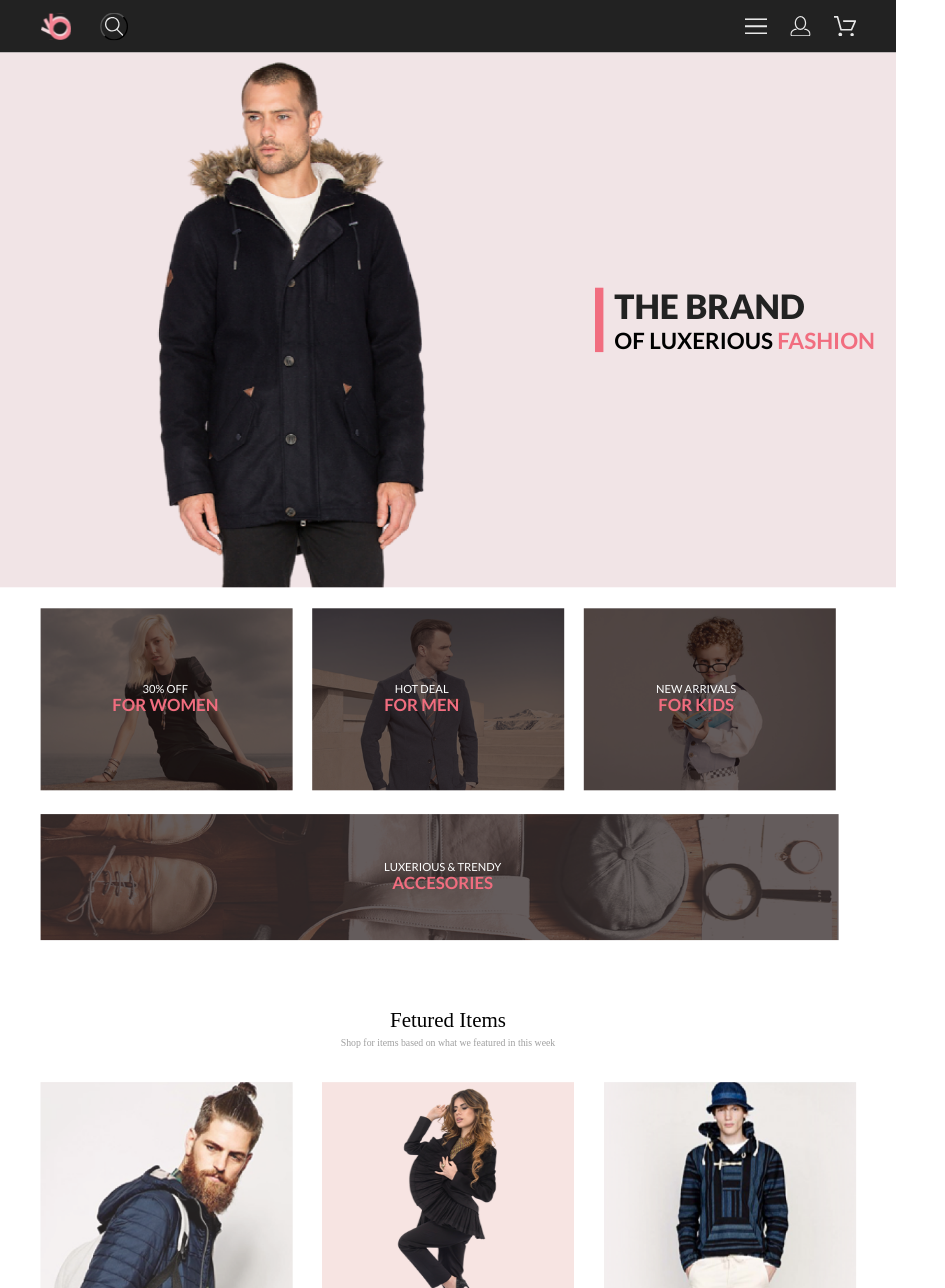
Repository: shtepaa/work-show-linkid
Page: les01/index.html
These files come from the project's save history. The page is drawn as it stood at one moment and after the next save; the edit follows.
The browser window is 1280 px wide. The page is 1280 px wide, then 1350 px, so the pictures cover 1350 px, including what lies to the right of the window. The pictures show the part of the page from y = 0 to 1840 px (the page is 3886 px tall), at 70% of full size.

Above is the page before, as saved 2022-02-15 12:05:45.

### les01/index.html
<!DOCTYPE html>
<html lang="en">
  <head>
    <meta charset="UTF-8" />
    <meta http-equiv="X-UA-Compatible" content="IE=edge" />
    <meta name="viewport" content="width=device-width, initial-scale=1.0" />
    <title>Brand</title>
    <link rel="shortcut icon" href="img/favicon.ico" type="image/x-icon" />
    <link rel="stylesheet" href="style.css" />
    <link rel="preconnect" href="https://fonts.googleapis.com" />
    <link rel="preconnect" href="https://fonts.gstatic.com" crossorigin />
    <link
      href="https://fonts.googleapis.com/css2?family=Lato:wght@700;400;900&display=swap"
      rel="stylesheet"
    />
  </head>
  <body>


        <header>
          <div class="container">
            <nav>
              <div class="flex-left">
                <img src="img/logo.svg" alt="logo" />
                <form class="searchBox">
                  <input
                    class="searchInput"
                    type="text"
                    name=""
                    placeholder="Search"
                  />
                  <button class="searchButton" href="#">
                    <img id="path" src="img/search.svg" alt="logo" />
                  </button>
                </form>
              </div>
              <div class="flex-right">
                <div class="mega-box"><img class="contact-img" src="img/menu.svg" alt="logo" />
                <div class="mega-item">

<div class="menu-box"><h3 class="menu-box--style">Menu</h3></div>
<details><summary>Man</summary>
<a class="mega-link" href="#">Accessories</a>
<a class="mega-link" href="#">Bags</a>
<a class="mega-link" href="#">Denim</a>
<a class="mega-link" href="#">T-Shirts</a>
</details>
<details><summary>WOMAN</summary>
  <a class="mega-link" href="#">Accessories</a>
  <a class="mega-link" href="#">Jackets & Coats</a>
  <a class="mega-link" href="#">Polos</a>
  <a class="mega-link" href="#">T-Shirts</a>
  </details>
  <details><summary>KIDS</summary>
    <a class="mega-link" href="#">Accessories</a>
    <a class="mega-link" href="#">Bags</a>
    <a class="mega-link" href="#">Denim</a>
    <a class="mega-link" href="#">T-Shirts</a>
    </details>



                </div>


                </div>
                <img class="contact-img" src="img/contact.svg" alt="logo" />
                <img src="img/shop.svg" alt="logo" />
              </div>
            </nav>
          </div>
        </header>
        <!-- Второй блок -->
        <div class="header-section">

          <!-- <div class="container"> -->

            <div class="header-cover">
              <div class="header-image">
              <img class="header-man"  src="img/man-new.png" alt="man" />
            </div>
            <div class="header-title">
              <div class="pink-line"></div>
              <div class="header-column">
                <h1>The brand</h1>
                <h2>of luxerious <span class="pink-word"> fashion</span></h2>
              </div>
            </div>
          </div>
          <!-- </div> -->


          </div>
        </div>
<!-- Третий блок -->
        <div class="container catalog-wrappet">
          <div class="catalog-block">
            <div class="catalog-project">
              <img
                class="catalog-image"
                src="img/catalog01.png"
                alt="catalog01"
              />
              <h2 class="catalog__text">
                30% off <span class="pink-word catalog-words"> for women</span>
              </h2>
            </div>
            <div class="catalog-project">
              <img
                class="catalog-image"
                src="img/catalog02.png"
                alt="catalog02"
              />
              <h2 class="catalog__text">
                hot deal <span class="pink-word catalog-words"> for men</span>
              </h2>
            </div>
            <div class="catalog-project">
              <img
                class="catalog-image"
                src="img/catalog03.png"
                alt="catalog03"
              />
              <h2 class="catalog__text">
                new arrivals
                <span class="pink-word catalog-words"> for kids</span>
              </h2>
            </div>
          </div>
          <div class="catalog-project parent">
            <img
              class="catalog-image"
              src="img/catalog04.png"
              alt="catalog04"
            />
            <h2 class="catalog__text down-parent">
              luxerious & trendy<span class="pink-word catalog-words">
                accesories</span
              >
            </h2>
          </div>
        </div>
        <!-- Четвертый блок -->
        <div class="container block-text">
          <h3 class="block-text--heading">Fetured Items</h3>
          <p class="block-text--section-text">
            Shop for items based on what we featured in this week
          </p>
        </div>
        <div class="container section-featured">
          <div class="featur_one">
            <a class="link-featur" href="#">
            <img class="featur-image"  src="img/feat01.png" alt="featur_one" /></a>
            <div class="featur-wrapper">
            <h3 class="featur-text">ELLERY X M'O CAPSULE</h3>
            <p class="featur-content">Known for her sculptural takes on traditional tailoring, Australian arbiter of cool Kym Ellery teams up with Moda Operandi.</p>
<span class="featur-price">$52.00</span></div>
          </div>
          <div class="featur_one">
            <a class="link-featur" href="#">
            <img src="img/feat02.png" alt="featur_one" /></a>
            <div class="featur-wrapper">
            <h3 class="featur-text">ELLERY X M'O CAPSULE</h3>
            <p class="featur-content">Known for her sculptural takes on traditional tailoring, Australian arbiter of cool Kym Ellery teams up with Moda Operandi.</p>
<span class="featur-price">$52.00</span></div>
          </div>
          <div class="featur_one">
            <a class="link-featur" href="#">
            <img src="img/feat03.png" alt="featur_one" /></a>
            <div class="featur-wrapper">
            <h3 class="featur-text">ELLERY X M'O CAPSULE</h3>
            <p class="featur-content">Known for her sculptural takes on traditional tailoring, Australian arbiter of cool Kym Ellery teams up with Moda Operandi.</p>
<span class="featur-price">$52.00</span></div>
          </div>
          <div class="featur_one">
            <a class="link-featur" href="#">
            <img src="img/feat04.png" alt="featur_one" /></a>
            <div class="featur-wrapper">
            <h3 class="featur-text">ELLERY X M'O CAPSULE</h3>
            <p class="featur-content">Known for her sculptural takes on traditional tailoring, Australian arbiter of cool Kym Ellery teams up with Moda Operandi.</p>
<span class="featur-price">$52.00</span></div>
          </div>
          <div class="featur_one">
            <a class="link-featur" href="#">
            <img src="img/feat05.png" alt="featur_one" /></a>
            <div class="featur-wrapper">
            <h3 class="featur-text">ELLERY X M'O CAPSULE</h3>
            <p class="featur-content">Known for her sculptural takes on traditional tailoring, Australian arbiter of cool Kym Ellery teams up with Moda Operandi.</p>
<span class="featur-price">$52.00</span></div>
          </div>
          <div class="featur_one">
            <a class="link-featur" href="#">
            <img src="img/feat06.png" alt="featur_one" /></a>
            <div class="featur-wrapper">
            <h3 class="featur-text">ELLERY X M'O CAPSULE</h3>
            <p class="featur-content">Known for her sculptural takes on traditional tailoring, Australian arbiter of cool Kym Ellery teams up with Moda Operandi.</p>
<span class="featur-price">$52.00</span></div>
          </div>

        </div>
        <div class="container browse-button">
          <a class="link-browse" href="#"> <h3 class="browse-button product-cart">Browse All Product</h3></a>

        </div>
<div class="section-icons">
  <div class="container wrapper-icons">
  <div class="first-icons">
    <img class="car-icons" src="img/car.svg" alt="car" />
    <h3 class="car-icons--text">Free Delivery</h3>
    <p class="car-icons--context">Worldwide delivery on all. Authorit tively morph next-generation innov tion with extensive models.</p>
  </div>
  <div class="first-icons">
    <img class="car-icons" src="img/discount.svg" alt="discount" />
    <h3 class="car-icons--text">Sales & discounts</h3>
    <p class="car-icons--context">Worldwide delivery on all. Authorit tively morph next-generation innov tion with extensive models.</p>
  </div>
  <div class="first-icons">
    <img class="car-icons" src="img/corona.svg" alt="corona" />
    <h3 class="car-icons--text">Quality assurance</h3>
    <p class="car-icons--context">Worldwide delivery on all. Authorit tively morph next-generation innov tion with extensive models.</p>
  </div>
</div>

</div>

<div class="quotes-section">
  <div class="container wrap-quotes">
  <div class="figure-box">
  <figure>
    <img class="figure-image" src="img/author.png" alt="author" />
    <figcaption>“Vestibulum quis porttitor dui! Quisque viverra nunc mi, a pulvinar purus condimentum“</figcaption>
  </figure></div>
  <div class="figure-box enter-mail">

    <h1 class="subscribe">SUBSCRIBE</h1>
    <h2 class="promotion">FOR OUR NEWLETTER AND PROMOTION</h2>
    <div class="subscribe-wrapper">

      <input type="email" name="email" class="subscribe-input" placeholder="Enter Your Email">
      <div class="submit-btn">SUBMIT</div>
    </div>


  </div>

</div>


      </div>
      <footer>
<div class="container footer-contant">
  <div class="copy-righ">
    <span class="copy-text">© 2021  Brand  All Rights Reserved.</span>
  </div>
  <div class="networks">
    <div class="insta instag-fig">

    </div>
    <div class="insta pint-fig"></div>
    <div class="insta last-fig"></div>
    <div class="insta "></div>
  </div>



</div>

      </footer>

  </body>
</html>

### les01/style.css
* {
  margin: 0;
  padding: 0;
}



header {
  background-color: #222;

  display: flex;
  height: 75px;
}
.header-section {
  background-color: #f1e4e6;
  /* display: flex; */
  height: 764px;
}
.container {
  margin: 0 auto;
  width: 1165px;
  display: flex;
}
.header-image {
  display: flex;
  /* background-repeat: no-repeat;
  -webkit-box-flex: 1;
  -ms-flex-positive: 1;
  flex-grow: 1; */

}
.header-man{
  /* display: flex; */
  /* display: block; */
  left: 0;
}
.header-title {
  /* width: 50%; */
  display: flex;
  flex-direction: row;
  align-items: center;
}
.header-column {
  display: flex;
  flex-direction: column;
  margin-left: 16px;
  text-transform: uppercase;
  font-family: "Lato", sans-serif;
}
h1 {
  font-weight: 900;
  font-size: 48px;
  line-height: 58px;
  color: #222;
}
h2 {
  font-weight: 700;
  font-size: 32px;
  line-height: 38px;
}
.pink-word {
  color: #f16d7f;
}
.pink-line {
  background-color: #f16d7f;
  height: 92px;
  width: 12px;
}
.header-cover {
  /* width: 100%; */
  display: flex;
  /* flex-direction: row; */
  justify-content: space-between;
  width: 1250px;
  /* margin: 0 auto; */
}

nav {
  justify-content: space-between;
  flex-direction: row;
  /* position: relative; */
  align-items: center;
  display: flex;
  height: 75px;
  width: 100%;
}
.flex-left {
  align-items: center;
  flex-direction: row;
  display: flex;
}

.contact-img {
  margin-right: 33px;
}
/* Меню бокс */
.mega-item {
  position: absolute;
  background-color: #fff;

  /* display: none; */
  padding: 37px 100px 79px 50px;
  display: none;
  margin-top: 23px;
  padding-bottom: 53px;
  /* margin-left: 155px; */
}
.mega-box {
  padding: 34px 0 30px 0;

}
.mega-box:hover .mega-item{
  display: block;
}
summary {
  display: block;
}

  summary::-webkit-details-marker {
  display: none;
}

summary {
  display: block;
  font-weight: 400;
  font-size: 14px;
  line-height: 17px;
  text-transform: uppercase;
  color: #f16d7f;
  padding-top: 20px;
  padding-bottom: 12px;
  font-family: "Lato", sans-serif;
  cursor: pointer;
}

  summary::-webkit-details-marker {
  display: none;
}

summary::before {
  content: '';
  padding-right: 0.5em;
}

details[open] > summary::before {
  content: '';
}

.menu-box--style {
  font-weight: 700;
  font-size: 14px;
  line-height: 17px;
  text-transform: uppercase;
  padding-bottom: 4px;
  font-family: "Lato", sans-serif;
}
/* .pink-box {

} */
.mega-link {
  font-family: "Lato", sans-serif;
  display: block;
  text-decoration: none;
  font-size: 14px;
  line-height: 17px;
  color: #6f6e6e;
  font-weight: 400;
  padding: 12px 0px 11px 15px;
}
.mega-link:hover{
  color: #F16D7F;
}
.flex-right {
  display: flex;
  align-items: center;
  position: relative;
  /* padding-bottom: 23px; */
}
img {
  cursor: pointer;
}

/* search form*/
form {
  margin-left: 41px;
}

.searchBox:hover > .searchInput {
  padding: 0 6px;
  width: 240px;
}

.searchBox:hover > .searchButton {
  background: #222;
  color: #2f3640;
}

.searchButton {
  justify-content: center;
  align-items: center;
  background: #222;
  border-radius: 50%;
  color: white;
  float: right;
  width: 40px;
  height: 40px;
  display: flex;
  transition: 0.4s;
}

.searchInput {
  border: none;
  background: none;
  outline: none;
  float: left;
  padding: 0;
  color: white;
  font-size: 16px;
  transition: 0.4s;
  line-height: 40px;
  width: 0px;
}

@media screen and (max-width: 620px) {
  .searchBox:hover > .searchInput {
    width: 150px;
    padding: 0 6px;
  }
}

/* Третий блок */

.catalog-wrappet {
  display: flex;
  /* flex-direction: row; */
  flex-wrap: wrap;
  justify-content: space-between;
  max-width: 1165px;
  margin: 0 auto;
}
.catalog-project {
  margin-top: 30px;
  position: relative;
  flex-grow: 1;
}
/* .catalog-image:last-of-type {
  width: 100%;

} */
.catalog__text {
  position: absolute;
  display: block;
  z-index: 100;
  left: 103px;
  top: 105px;
  box-sizing: border-box;
  font-size: 16px;
  line-height: 19px;
  text-align: center;
  font-family: Lato;
  color: #fff;
  text-transform: uppercase;
  font-weight: 400;
  display: flex;
  flex-direction: column;
  /* left: 0; */
}
.catalog-words {
  font-size: 24px;
  line-height: 28px;
  text-align: center;
  font-family: "Lato", sans-serif;
  font-weight: 700;
}
.catalog-block {
  display: flex;
  justify-content: space-between;
  flex-direction: row;
  width: 100%;
}
.parent {
  display: flex;
  width: 100%;
  /* justify-content: space-between; */
}
.down-parent {
  left: 491px;
  top: 65px;
}
/* Четвертый блок */
.block-text {
  padding-top: 96px;
  display: flex;
  flex-direction: column;
  box-sizing: content-box;
  align-items: center;
}
.block-text--heading {
  font-weight: normal;
  font-size: 30px;
  line-height: 36px;
}
.block-text--section-text {
  padding-top: 6px;
  font-weight: normal;
  font-size: 14px;
  line-height: 17px;
  color: #9f9f9f;
}
/* Пятый блок */
.section-featured{
  max-width: 1165px;
  display: flex;
  flex-direction: row;
  flex-wrap: wrap;
  padding-top: 18px;
  justify-content: space-between;
}
.featur_one{
  display: flex;
  flex-direction: column;
  max-width: 360px;
  background-color: #F8F8F8;
  margin-top: 30px;
}
.featur-text{
  margin-top: 25px;
  font-size: 13px;
line-height: 16px;
font-family: "Lato", sans-serif;
font-weight: 400;
}
.featur-content{
  color: #5D5D5D;
  font-weight: 300;
font-size: 14px;
line-height: 17px;
font-family: "Lato", sans-serif;
padding-top: 12px;
}
.featur-price{
  color:  #F16D7F;
  font-size: 16px;
line-height: 19px;
font-weight: 400;
padding-top: 18px;
}
.featur-wrapper{
  padding-left: 18px;
  padding-bottom: 20px;
  display: flex;
  flex-direction: column;
}
.browse-button{
  /* align-items: center; */
  /* display: block; */
  max-width: 1165px;
  display: flex;
  justify-content: center;
  margin-top: 63px;

}
.link-browse{
  text-decoration: none;
}
.product-cart{
  color: #fff;
  border: 1px solid #FF6A6A;
  box-sizing: border-box;
  align-items: center;
  width: 211px;
  padding: 15px 38px;
  font-size: 16px;
line-height: 19px;
font-weight: 400;
background-color: #F16D7F;
}
/* конец кнопки */
.section-icons {
  background-color: #222224;
  display: flex;
  height: 341px;

  /* justify-content: space-between; */
  margin-top: 95px;
}
.first-icons{
  display: flex;
  flex-direction: column;
  max-width: 343px;
  justify-content: center;
  align-items: center;
  text-align: center;


}
.car-icons{
  width: 44px;
  height: 31px;
  padding-top: 103px;
  padding-bottom: 28px;
}
.wrapper-icons{
  max-width: 1165px;
  display: flex;
  flex-direction: row;
  justify-content: space-between;
}
.car-icons--context{
  padding-top: 16px;
  font-weight: 300;
font-size: 13.972px;
line-height: 17px;
color: #FBFBFB;
padding-bottom: 104px;
}
.car-icons--text{
  font-size: 19.96px;
line-height: 24px;
color: #FBFBFB;
font-weight: 400;
}
/* Квотес секция */
.quotes-section{
  background-image: url(img/photo-subscribe.png );
  height: 448px;
  background-repeat: no-repeat;
  background-size: 100%;

}
.wrap-quotes{
  display: flex;
  flex-direction: row;
  max-width: 1165px;
  justify-content: space-between;

}
.figure-box{
  display: flex;
  flex-direction: column;
  width: 343px;
  justify-content: center;
  /* align-items: center; */
  text-align: center;

}
.figure-image{
  width: 96px;
  height: 96px;
  padding-top: 97px;
}
figcaption{
  padding-top: 30px;
  font-size: 20px;
line-height: 24px;
font-weight: 400;
font-family: "Lato", sans-serif;
color: #222224;

}
.subscribe{
  font-family: "Lato", sans-serif;
  font-weight: 700;
  font-size: 24px;
  line-height: 37px;
  padding-top: 150px;
}
.promotion{
  font-family: "Lato", sans-serif;
  font-weight: 400;
  font-size: 18px;
  line-height: 30px;
}
.enter-mail{
  width: 557px;
}
.subscribe-wrapper{
  display: flex;
  justify-content: center;
  margin-top: 39px;

  border-radius: 10px;
  width: 356px;
  margin: 0 auto;
  padding-top: 32px;
}
.subscribe-input{
width: 256px;
border-radius: 30px;
  border-bottom-right-radius: 0;
  border-top-right-radius: 0;
  border-color: #E1E1E1;
  background-color: #E1E1E1;
}
.submit-btn{
  width: 100px;
  border-radius: 30px;
  border-bottom-left-radius: 0;
  border-top-left-radius: 0;
  background-color: #E05C6E;
  height: 49px;
  color: #fff;
  text-align: center;
  align-items: center;
  font-size: 14px;
line-height: 17px;
display: flex;
font-weight: 400;
padding: 10px;
}
::placeholder{
  padding-left: 22px;
  padding-top: 7px;
  padding-bottom: 6px;
  font-size: 14px;
line-height: 17px;
opacity: 0.67;
color: #222224;
}
footer{
  height: 79px;
  background-color: #222224;
  display: flex;
}
.footer-contant{
  display: flex;
  flex-direction: row;
  max-width: 1165px;
  align-items: center;
  justify-content: space-between;
}
.copy-text{
  padding-top: 30px;
  font-size: 16px;
line-height: 19px;
font-weight: 400;
color: #FBFBFB;
}
.networks{
  display: flex;
  flex-direction: row;


}
.insta{
  height: 32px;
  width: 31px;
  background-color: #fff;
  display: flex;

}
.last-fig{
  margin-right: 7px;
}
.pint-fig{
  margin-right: 7px;
}
.instag-fig{
  margin-right: 7px;
}
.insta:hover{
  background-color: #E05C6E;

}

### les01/img/search.svg
<svg width="27" height="28" viewBox="0 0 27 28" fill="#E8E8E8" xmlns="http://www.w3.org/2000/svg" id="path">
<path d="M19.0596 17.6259C20.6713 15.8658 21.6282 13.6048 21.7698 11.2225C21.9113 8.84018 21.2288 6.48173 19.8369 4.54318C18.445 2.60463 16.4285 1.20404 14.126 0.576619C11.8234 -0.0508009 9.3751 0.13316 7.19217 1.09761C5.00923 2.06205 3.22463 3.74825 2.13804 5.87302C1.05145 7.9978 0.729054 10.4318 1.225 12.7661C1.72094 15.1005 3.00501 17.1932 4.86158 18.6927C6.71814 20.1922 9.03413 21.0072 11.4206 21.0009C13.673 21.004 15.8645 20.27 17.6606 18.9109L25.4086 26.7179C25.4941 26.807 25.5965 26.8781 25.7099 26.927C25.8232 26.9759 25.9452 27.0017 26.0686 27.0029C26.1923 27.0033 26.3148 26.9782 26.4283 26.9292C26.5419 26.8801 26.6441 26.8082 26.7286 26.7179C26.9025 26.537 26.9997 26.2958 26.9997 26.0449C26.9997 25.794 26.9025 25.5528 26.7286 25.3719L19.0596 17.6259ZM2.88662 10.5009C2.89946 8.81563 3.41094 7.17187 4.35659 5.77685C5.30224 4.38183 6.63972 3.29801 8.20044 2.662C9.76115 2.02599 11.4752 1.86627 13.1266 2.20298C14.7779 2.53969 16.2926 3.35775 17.4797 4.55404C18.6668 5.75033 19.4732 7.27129 19.7972 8.92519C20.1212 10.5791 19.9483 12.2919 19.3002 13.8476C18.6522 15.4034 17.5581 16.7325 16.1559 17.6674C14.7536 18.6023 13.1059 19.1011 11.4206 19.1009C9.14916 19.0901 6.97482 18.1784 5.37484 16.566C3.77486 14.9537 2.87998 12.7724 2.88662 10.5009Z" fill="#E8E8E8"/>
</svg>

Loaded but not shown: les01/img/car.svg (3 lines, source omitted)

After the next save:
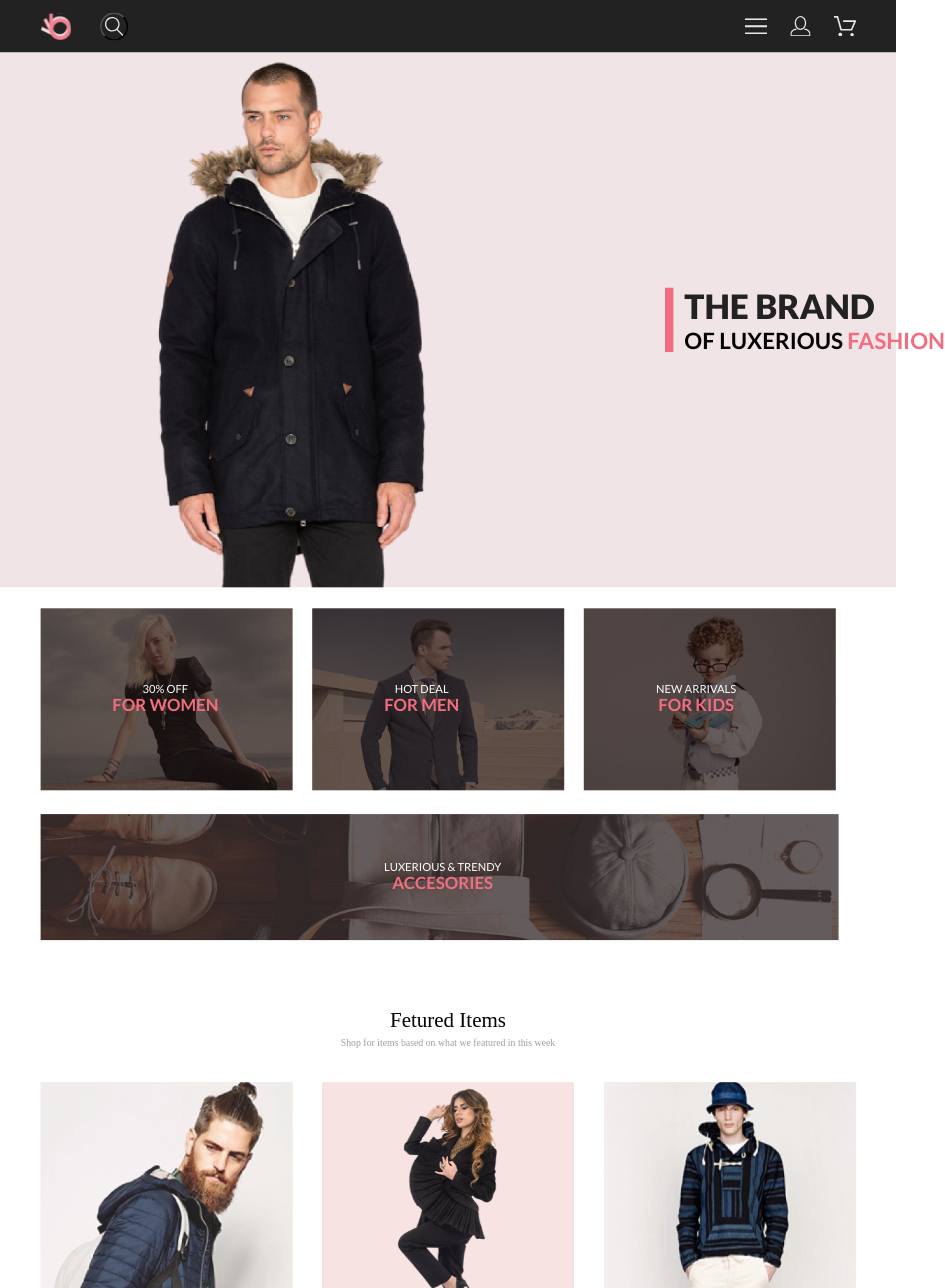
Saved 52 s later.
--- a/les01/style.css
+++ b/les01/style.css
@@ -71,7 +71,7 @@ h2 {
   display: flex;
   /* flex-direction: row; */
   justify-content: space-between;
-  width: 1250px;
+  width: 1350px;
   /* margin: 0 auto; */
 }
 
